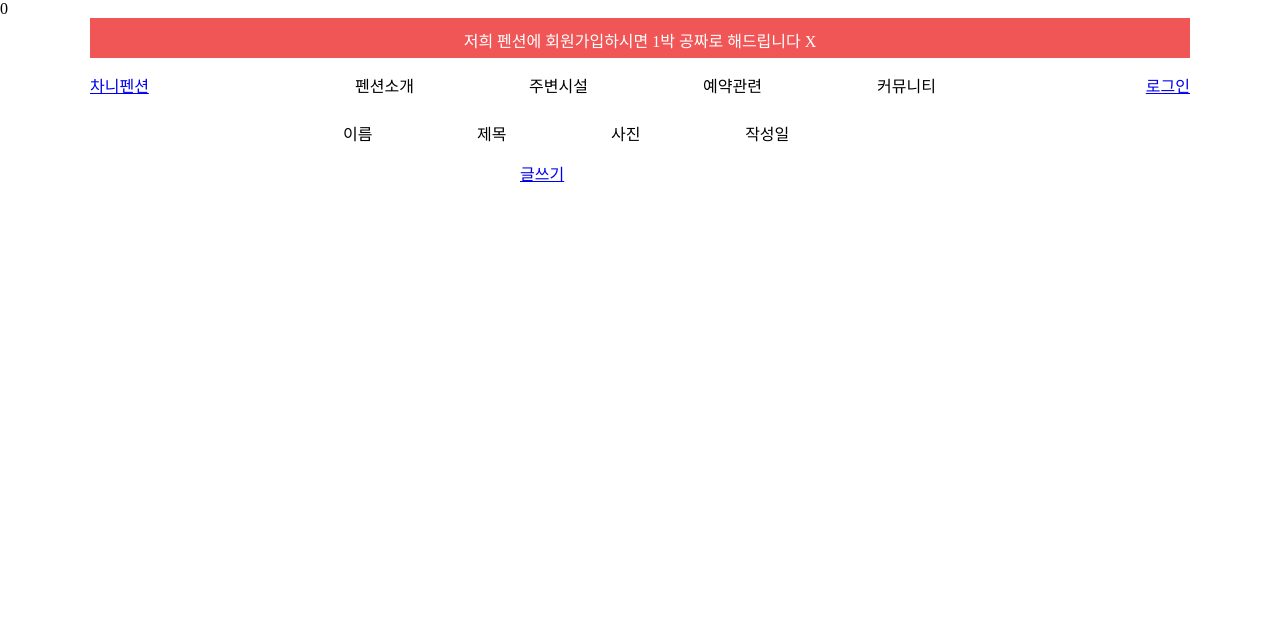
Repository: goalki/pension
Page: http://localhost/pension/tour/list.jsp
An editor plug-in stored every save of this project. The page is shown before and after the next save, followed by the edit.
The browser window is 1280 px wide. The pictures show the whole page.
The page is served by Tomcat 9. Other server files are loaded and not shown.

Above is the page before, as saved 2021-01-19 07:36:01.

### pension/WebContent/tour/list.jsp
<%@ page language="java" contentType="text/html; charset=UTF-8"
    pageEncoding="UTF-8"%>
<%@page import="java.sql.*" %>
<%@page import="pension.dto.TourDto" %>
<%@page import="pension.dao.Dao" %>
<%@page import="java.util.ArrayList" %>
<%@ taglib prefix="c" uri="http://java.sun.com/jsp/jstl/core" %>

<%
   Dao dao=new Dao();
   ArrayList<TourDto> list=new ArrayList<TourDto>();
   pageContext.setAttribute("list", list);
   out.print(list.size());
%>

<%@ include file="../top.jsp" %>


 <style>
  #section {
    width:1100px;
    height:400px;
    margin:auto;
    text-align:center;
  }
 </style>
 <div id="section">
   <!-- 레코드 내용 출력 -->
   <table width="600" align="center">
     <tr>
       <td> 이름 </td>
       <td> 제목 </td>
       <td> 사진 </td>
       <td> 작성일 </td>
     </tr>
    <c:forEach var="tdto" items="${list}">
     <tr>
       <td> ${tdto.name} </td>
       <td> <a href="content.jsp?id=${tdto.id}"> ${tdto.title} </a> </td>
       <td> <img src="img/${tdto.fname}" width="50"> </td>
       <td> ${tdto.writeday}  </td>
     </tr>
     </c:forEach>
     <tr height="50">
      <td colspan="3" align="center"> <a href="write.jsp"> 글쓰기 </a> </td>
     </tr>
   </table>
</body>
</html>

### pension/WebContent/top.jsp
<%@ page language="java" contentType="text/html; charset=UTF-8"
    pageEncoding="UTF-8"%>
<%@ taglib prefix="c" uri="http://java.sun.com/jsp/jstl/core" %>

<!DOCTYPE html>
<html>       <!-- index.jsp -->
<head>
<meta charset="UTF-8">
<title>Insert title here</title>
  <style>
    body {
      margin:0px;
    }
    #first {  /* 광고관련 1층 */
      width:1100px;
      height:30px;
      margin:auto;
      background:#f15657;
      text-align:center;
      padding-top:10px;
      color:white;
    }
    #second {  /* 로고, 메뉴 2층 */
      width:1100px;
      height:60px;
      margin:auto;
    }
    #second #left {
      padding-top:15px;
      width:100px;
      float:left;
    }
    #second #right {
      padding-top:15px;
      width:1000px;
      float:right;
      text-align:right;
    }
    #second #right #menu {
      display:inline-block;
      width:170px;
      height:30px; /* 주메뉴의 높이를 줘야 됩니다 */
      position:relative;
    }
    #second #right #menu:last-child {
      width:250px;
    }
    #second #right #menu .sub {
      position:absolute;
      width:120px;
      left:88px;
      top:10px;
      background:white;
      padding-left:0px;
      visibility:hidden;
      padding-top:10px;

    }
    #second #right #menu .sub li {
      list-style-type:none;
      text-align:center; /* 서브메뉴의 글자 중앙 */
    }


  </style>
    <script src="http://code.jquery.com/jquery-latest.js"></script>
  <script>
    function view_sub(n)
    {
    	document.getElementsByClassName("sub")[n].style.visibility="visible";
    }
    function hide_sub(n)
    {
    	document.getElementsByClassName("sub")[n].style.visibility="hidden";
    }

    $(function()
    {
    	$("#ff").click(function()
    	{
    		$("#first").slideUp();

    	});
    });
  </script>
</head>
<body>
  <div id="first">
     저희 펜션에 회원가입하시면  1박 공짜로 해드립니다
   <span id="ff"  style="cursor:pointer"> X </span>
  </div>
  <div id="second">
     <div id="left"> <a href="../main/index.jsp"> 차니펜션 </a></div>
     <div id="right">
        <span id="menu" onmouseenter="view_sub(0)" onmouseleave="hide_sub(0)"> 펜션소개
        <!-- 부메뉴 -->
           <ul class="sub">
            <li> <a href="../sogae/sogae.jsp"> 우리펜션 </a> </li>
            <li> 오시는길 </li>
           </ul>
        </span>
        <span id="menu" onmouseenter="view_sub(1)" onmouseleave="hide_sub(1)"> 주변시설
        <!-- 부메뉴 -->
           <ul class="sub">
            <li> 만리포 </li>
            <li> 연포</li>
            <li> 채석정 </li>
           </ul>
        </span>
        <span id="menu" onmouseenter="view_sub(2)" onmouseleave="hide_sub(2)"> 예약관련
         <!-- 부메뉴 -->
           <ul class="sub">
            <li>  예약 규정 </a> </li>
            <li> <a href="../reserve/reserve.jsp"> 실시간 예약 </a> </li>
           </ul>
        </span>
        <span id="menu" onmouseenter="view_sub(3)" onmouseleave="hide_sub(3)"> 커뮤니티
        <!-- 부메뉴 -->
           <ul class="sub">
            <li> 여행 후기 </li>
            <li> 자유게시판 </li>
           </ul>
        </span>
        <span id="menu">
          <!-- 로그인 전 -->
          <c:if test="${userid == null}">
           <a href="../login/login.jsp"> 로그인 </a>
          </c:if>
          <!-- 관리자 로그인 한 경우 -->
          <c:if test="${userid == 'admin'}">
           <a href="../admin/reserve_view.jsp"> 예약관리  </a> /
           <a href="../admin/member_view.jsp"> 회원관리 </a> /
           <a href="../login/logout.jsp"> 로그아웃 </a>
          </c:if>
          <!--  로그인 한 후 -->
          <c:if test="${userid != null and userid != 'admin'}">
            ${name}님!! <a href="../mypage/mypage.jsp"> 내정보 </a>  <a href="../login/logout.jsp"> 로그아웃 </a>
          </c:if>

        </span>
    </div>
  </div>
  <!-- 여기까지 1층과 2층  top.jsp -->

### pension/src/pension/dao/Dao.java
package pension.dao;

import java.sql.*;
import java.time.LocalDate;
import java.util.ArrayList;

import com.oreilly.servlet.MultipartRequest;

import pension.dto.MemberDto;
import pension.dto.ReserveDto;
import pension.dto.RoomDto;
import pension.dto.TourDto;

public class Dao {

	String db="jdbc:mysql://localhost:3306/pension";
	String userid="root";
    String pw="1234";
    Connection conn;
	public Dao() throws ClassNotFoundException, SQLException
	{
		Class.forName("com.mysql.jdbc.Driver"); // 기능은 무조건 메소드내에서 실행
		conn=DriverManager.getConnection(db,userid,pw);
	}
	// room 테이블의 전체내용을 가져오기
    public ArrayList<RoomDto> get_room() throws SQLException
    {
    	String sql="select name,id from room order by price asc";
    	Statement stmt=conn.createStatement();
    	ResultSet rs=stmt.executeQuery(sql);
    	ArrayList<RoomDto> list=new ArrayList<RoomDto>();
    	while(rs.next())
    	{
    		RoomDto rdto=new RoomDto();
    		rdto.setId(rs.getInt("id"));
    		rdto.setName(rs.getString("name"));
    		list.add(rdto);
    	}
    	/*
    	String sql="select name from room order by price asc";
    	Statement stmt=conn.createStatement();
    	ResultSet rs=stmt.executeQuery(sql);
    	ArrayList<String> list=new ArrayList<String>();
    	while(rs.next())
    	{
    		list.add(rs.getString("name"));
    	}
    	*/
    	return list;
    }

    // 사용자가 선택한 방의 정보를 가져오기
    public RoomDto select_room(String id) throws SQLException
    {
    	String sql="select * from room where id="+id;
    	Statement stmt=conn.createStatement();
    	ResultSet rs=stmt.executeQuery(sql);
    	rs.next();
    	RoomDto rdto=new RoomDto();
    	rdto.setId(rs.getInt("id"));
    	rdto.setName(rs.getString("name"));
    	rdto.setMax(rs.getInt("max"));
    	rdto.setMin(rs.getInt("min"));
    	rdto.setPrice(rs.getInt("price"));

    	return rdto;
    }

    public void insert(ReserveDto rdto,String userid) throws SQLException // reserve테이블에 입력값을 넣기
    {
    	// 쿼리 생성
    	String outday="date_add('"+rdto.getInday()+"', interval "+rdto.getSuk()+" day)";
    	String sql="insert into reserve(rid,name,phone,inday,outday";
    	sql=sql+",inwon1,inwon2,inwon3,bbq,pork,suk_price,etc_price,tot_price,writeday,userid) ";
    	sql=sql+" values(?,?,?,?,"+outday+",?,?,?,?,?,?,?,?,now(),?)";

    	// date_add('2021-01-05',interval 숙박일 day);
    	PreparedStatement pstmt=conn.prepareStatement(sql);
    	pstmt.setInt(1, rdto.getRid());
    	pstmt.setString(2, rdto.getName());
    	pstmt.setString(3, rdto.getPhone());
    	pstmt.setString(4, rdto.getInday());
    	//pstmt.setString(5, outday);
    	pstmt.setInt(5, rdto.getInwon1());
    	pstmt.setInt(6, rdto.getInwon2());
    	pstmt.setInt(7, rdto.getInwon3());
    	pstmt.setInt(8, rdto.getBbq());
    	pstmt.setInt(9, rdto.getPork());
    	pstmt.setInt(10, rdto.getSuk_price());
    	pstmt.setInt(11, rdto.getEtc_price());
    	pstmt.setInt(12, rdto.getTot_price());
    	pstmt.setString(13, userid);
    	pstmt.executeUpdate();
    	//System.out.println(pstmt.toString());
    	conn.close();
    }

    public ReserveDto get_reserve(String userid) throws SQLException // 방금 예약한 정보를 가져오는 메소드(1개의 레코드)
    {
    	String sql="select * from reserve where userid='"+userid+"' order by id desc limit 1";
    	Statement stmt=conn.createStatement();
    	ResultSet rs=stmt.executeQuery(sql);
    	rs.next();
    	ReserveDto rdto=new ReserveDto();
    	rdto.setId(rs.getInt("id"));
    	rdto.setRid(rs.getInt("rid"));
    	rdto.setName(rs.getString("name"));
    	rdto.setPhone(rs.getString("phone"));
    	rdto.setInday(rs.getString("inday"));
    	rdto.setOutday(rs.getString("outday"));
    	rdto.setInwon1(rs.getInt("inwon1"));
    	rdto.setInwon2(rs.getInt("inwon2"));
    	rdto.setInwon3(rs.getInt("inwon3"));
    	rdto.setBbq(rs.getInt("bbq"));
    	rdto.setPork(rs.getInt("pork"));
    	rdto.setSuk_price(rs.getInt("suk_price"));
    	rdto.setEtc_price(rs.getInt("etc_price"));
    	rdto.setTot_price(rs.getInt("tot_price"));
    	rdto.setWriteday(rs.getString("writeday"));

    	// 방이름 가져오기
    	sql="select name from room where id="+rdto.getRid();
    	rs=stmt.executeQuery(sql);
    	rs.next();
    	rdto.setRoomname(rs.getString("name"));
    	return rdto;

    }

    public int room_state(String rid, String xday) throws SQLException// y-m-d형태의 값과 room의 id(rid)값을 받아서 예약이 되었는지를 int값으로 가져온다..
    {
    	String sql="select count(*) as cnt from reserve where inday <= ?  and outday > ? and rid=? ";
    	PreparedStatement pstmt=conn.prepareStatement(sql);
    	pstmt.setString(1, xday);
    	pstmt.setString(2, xday);
    	pstmt.setString(3, rid);
    	ResultSet rs=pstmt.executeQuery();
    	rs.next();

    	return rs.getInt("cnt");
    }

    public int suk_check(String y,String m, String d, String rid) throws SQLException
    {
        int yy=Integer.parseInt(y);
        int mm=Integer.parseInt(m);
        int dd=Integer.parseInt(d);
    	LocalDate inday=LocalDate.of(yy, mm, dd);
    	int chk=0;

    	for(int i=1;i<=8;i++)
    	{
    	  LocalDate xday=inday.plusDays(i);
    	  chk=i;
    	  String sql="select * from reserve where inday <= ? and outday > ? and rid=?";
    	  PreparedStatement pstmt=conn.prepareStatement(sql);
          pstmt.setString(1, xday.toString());
          pstmt.setString(2, xday.toString());
          pstmt.setString(3, rid);

    	  ResultSet rs=pstmt.executeQuery();
          if(rs.next())  // 레코드 있으면 true, 없으면 false
          {
        	break;// 멈춘다!!
          }

    	} // for문의 끝

    	return chk; // 몇박을 나타낼지!!
    }

    public void member_ok(MemberDto mdto) throws SQLException
    {
    	String sql="insert into member(name,userid,pwd,phone,writeday) ";
    	sql=sql+" values(?,?,?,?,now())";
    	PreparedStatement pstmt=conn.prepareStatement(sql);
        pstmt.setString(1, mdto.getName());
        pstmt.setString(2, mdto.getUserid());
        pstmt.setString(3, mdto.getPwd());
        pstmt.setString(4, mdto.getPhone());

        pstmt.executeUpdate();

        conn.close();

    }

    public boolean ismember(String userid, String pwd) throws SQLException // 회원인지 아닌지  true, false
    {
    	String sql="select * from member where userid=? and pwd=?";
    	PreparedStatement pstmt=conn.prepareStatement(sql);
    	pstmt.setString(1, userid);
    	pstmt.setString(2, pwd);

    	ResultSet rs=pstmt.executeQuery(); // 레코드가 있든지, 없든지

		/*
		 * if(rs.next()) return true; else return false;
		 */
    	return rs.next();
    }

    public int isuserid(String userid) throws SQLException
    {
    	String sql="select count(*) as num from member where userid='"+userid+"'";
    	Statement stmt=conn.createStatement();
    	ResultSet rs=stmt.executeQuery(sql);
    	rs.next();
    	// 아이디가 존재하면 1, 아니면 0
    	return rs.getInt("num");
    }

    public MemberDto mypage(String userid) throws SQLException
    {
    	String sql="select * from member where userid='"+userid+"'";
    	Statement stmt=conn.createStatement();
    	ResultSet rs=stmt.executeQuery(sql);
    	rs.next();
    	MemberDto mdto=new MemberDto();
    	mdto.setName(rs.getString("name"));
    	mdto.setPhone(rs.getString("phone"));

    	return mdto;
    }

    public ArrayList<ReserveDto> my_reserve(String userid) throws SQLException
    {
    	String sql="select r2.name,r1.inday,r1.outday,r1.bbq,r1.pork";
    	sql=sql+",r1.writeday from reserve as r1, room as r2 ";
    	sql=sql+" where r1.rid=r2.id and userid='"+userid+"'";
    	System.out.println(sql);
    	Statement stmt=conn.createStatement();
    	ResultSet rs=stmt.executeQuery(sql);
    	ArrayList<ReserveDto> list=new ArrayList<ReserveDto>();
    	while(rs.next())
    	{
    	  ReserveDto rdto=new ReserveDto();
    	  rdto.setRoomname(rs.getString("name"));
    	  rdto.setInday(rs.getString("inday"));
    	  rdto.setOutday(rs.getString("outday"));
       	  rdto.setBbq(rs.getInt("bbq"));
    	  rdto.setPork(rs.getInt("pork"));
    	  rdto.setWriteday(rs.getString("writeday"));

    	  list.add(rdto);
    	}

    	return list;
    }

    public String get_name(String userid) throws SQLException
    {
    	String sql="select name from member where userid='"+userid+"'";
    	Statement stmt=conn.createStatement();
    	ResultSet rs=stmt.executeQuery(sql);
    	rs.next();
    	return rs.getString("name");
    }

    // 아이디찾기
    public String userid_search(String name, String phone) throws SQLException
    {
    	String sql="select userid from member where name=? and phone=?";
    	PreparedStatement pstmt=conn.prepareStatement(sql);
    	pstmt.setString(1, name);
    	pstmt.setString(2, phone);
    	ResultSet rs=pstmt.executeQuery();
    	if(rs.next())
    	{
    		return rs.getString("userid");
    	}
    	else
    	{
    		return "0";
    	}

    }

    // 비밀번호 찾기
    public String pwd_search(String userid, String name, String phone) throws SQLException
    {
    	String sql="select pwd from member where name=? and phone=? and userid=?";
    	PreparedStatement pstmt=conn.prepareStatement(sql);
    	pstmt.setString(1, name);
    	pstmt.setString(2, phone);
    	pstmt.setString(3, userid);
    	ResultSet rs=pstmt.executeQuery();
    	if(rs.next())
    	{
    		return rs.getString("pwd");
    	}
    	else
    	{
    		return "0";
    	}
    }


    // 관리자가 reserve테이블에 읽어오기
    public ArrayList<ReserveDto> admin_reserve() throws SQLException
    {
    	String sql="select r1.name, r1.phone, r2.name as roomname,r1.inday,r1.outday,r1.bbq,r1.pork";
    	sql=sql+",r1.writeday from reserve as r1, room as r2 ";
    	sql=sql+" where r1.rid=r2.id order by r1.id desc";
    	//System.out.println(sql);
    	Statement stmt=conn.createStatement();
    	ResultSet rs=stmt.executeQuery(sql);
    	ArrayList<ReserveDto> list=new ArrayList<ReserveDto>();
    	while(rs.next())
    	{
    	  ReserveDto rdto=new ReserveDto();
    	  rdto.setName(rs.getString("name"));
    	  rdto.setPhone(rs.getString("phone"));
    	  rdto.setRoomname(rs.getString("roomname"));
    	  rdto.setInday(rs.getString("inday"));
    	  rdto.setOutday(rs.getString("outday"));
       	  rdto.setBbq(rs.getInt("bbq"));
    	  rdto.setPork(rs.getInt("pork"));
    	  rdto.setWriteday(rs.getString("writeday"));

    	  list.add(rdto);
    	}

    	return list;
    }

    public ArrayList<MemberDto> admin_member() throws SQLException
    {
    	String sql="select * from member where userid != 'admin' order by name asc";
    	Statement stmt=conn.createStatement();
    	ResultSet rs=stmt.executeQuery(sql);
    	ArrayList<MemberDto> list=new ArrayList<MemberDto>();
    	while(rs.next())
    	{
    	   	MemberDto mdto=new MemberDto();
    	   	mdto.setName(rs.getString("name"));
    	   	mdto.setUserid(rs.getString("userid"));
    	   	mdto.setPhone(rs.getString("phone"));
    	   	mdto.setWriteday(rs.getString("writeday"));
    	   	mdto.setState(rs.getInt("state"));

    	   	list.add(mdto);
    	}

    	return list;
    }

    public String get_name_phone(String userid) throws SQLException
    {
    	String sql="select name,phone from member where userid='"+userid+"'";
    	Statement stmt=conn.createStatement();
    	ResultSet rs=stmt.executeQuery(sql);
    	rs.next();
    	String np=rs.getString("name")+","+rs.getString("phone");
    	return np;
    }

    public void tour_write_ok(TourDto tdto) throws SQLException
    {
    	String sql="insert into tour(title,name,content,fname,writeday)";
        sql=sql+" values(?,?,?,?,now())";

		PreparedStatement pstmt=conn.prepareStatement(sql);
		pstmt.setString(1, tdto.getTitle());
		pstmt.setString(2, tdto.getName());
		pstmt.setString(3, tdto.getContent());
		pstmt.setString(4, tdto.getFname());

		pstmt.executeUpdate();

    }

    public ArrayList<TourDto> tour_list() throws SQLException
    {
        String sql="select * from tour order by id desc";
        Statement stmt=conn.createStatement();
        ResultSet rs=stmt.executeQuery(sql);

        ArrayList<TourDto> list=new ArrayList<TourDto>();
    	while(rs.next())
    	{
    	   	TourDto tdto=new TourDto();
    	   	tdto.setName(rs.getString("name"));
    	   	tdto.setTitle(rs.getString("title"));
    	   	tdto.setFname(rs.getString("fname"));
    	   	tdto.setWriteday(rs.getString("writeday"));
  	   	    tdto.setId(rs.getInt("id"));

    	   	list.add(tdto);
    	}

    	return list;
    }
}

### pension/WebContent/bottom.jsp
<%@ page language="java" contentType="text/html; charset=UTF-8"
    pageEncoding="UTF-8"%>
 <style>
 #fifth {     /* 펜션소개 5층 */
      width:1100px;
      height:100px;
      margin:auto;
    }
 </style>
<!-- 여기부터 5층 => bottom.jsp -->
  <div id="fifth">
    주소 : 서울시 구로구 구로동 차니펜션 <br>
    전화 : 010-1111-2222 <br>
    관리자 : 나야나  (goalki@naver.com) <br>
  </div>

</body>
</html>

After the next save:
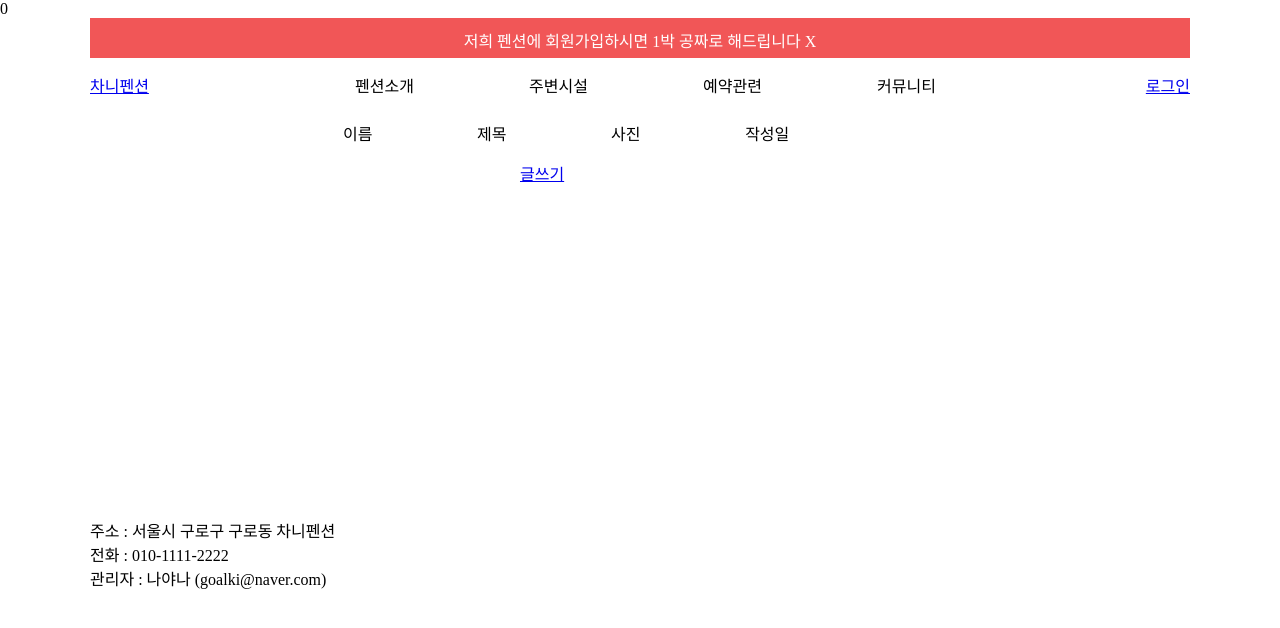
Saved 7 s later.
--- a/pension/WebContent/tour/list.jsp
+++ b/pension/WebContent/tour/list.jsp
@@ -45,5 +45,6 @@
       <td colspan="3" align="center"> <a href="write.jsp"> 글쓰기 </a> </td>
      </tr>
    </table>
-</body>
-</html>
+ </div>
+
+<%@ include file="../bottom.jsp" %>
